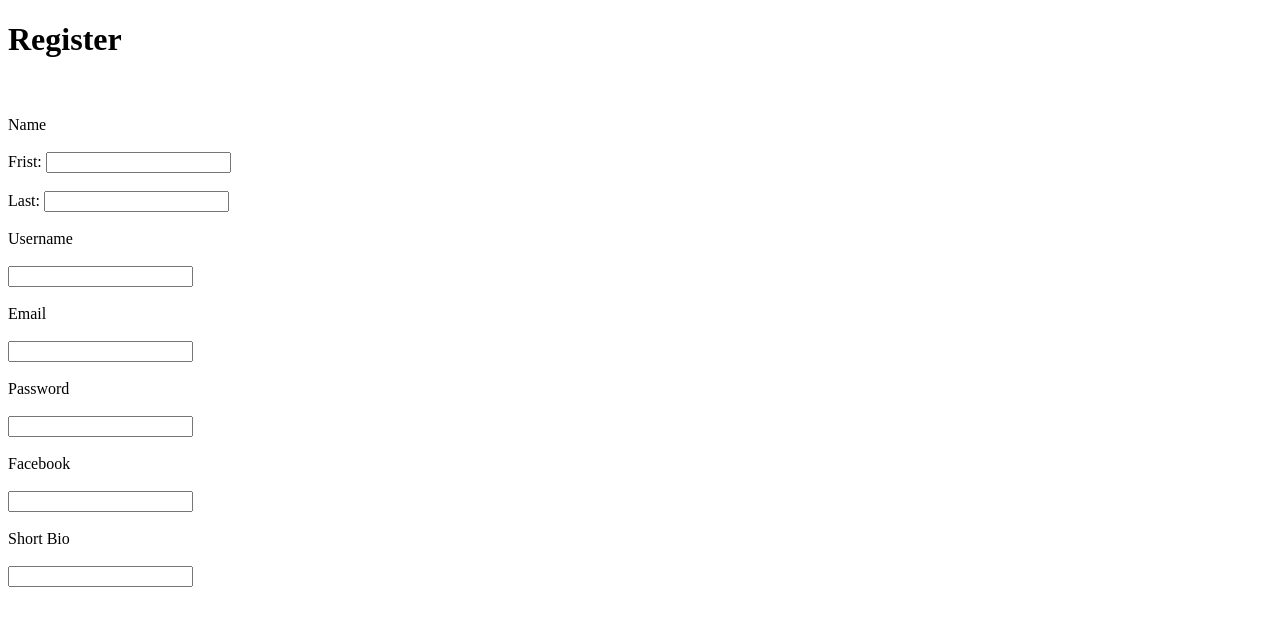
Repository: Knguyen2003/Spring
Page: JavaServlet/Tuan1/PhanNguyenKhoiNguyen_21068021_Tuan1/src/main/webapp/index.html
An editor plug-in stored every save of this project. The page is shown before and after the next save, followed by the edit.
The browser window is 1280 px wide. The pictures show the whole page.

Above is the page before, as saved 2024-08-21 11:43:14.

After the next save:
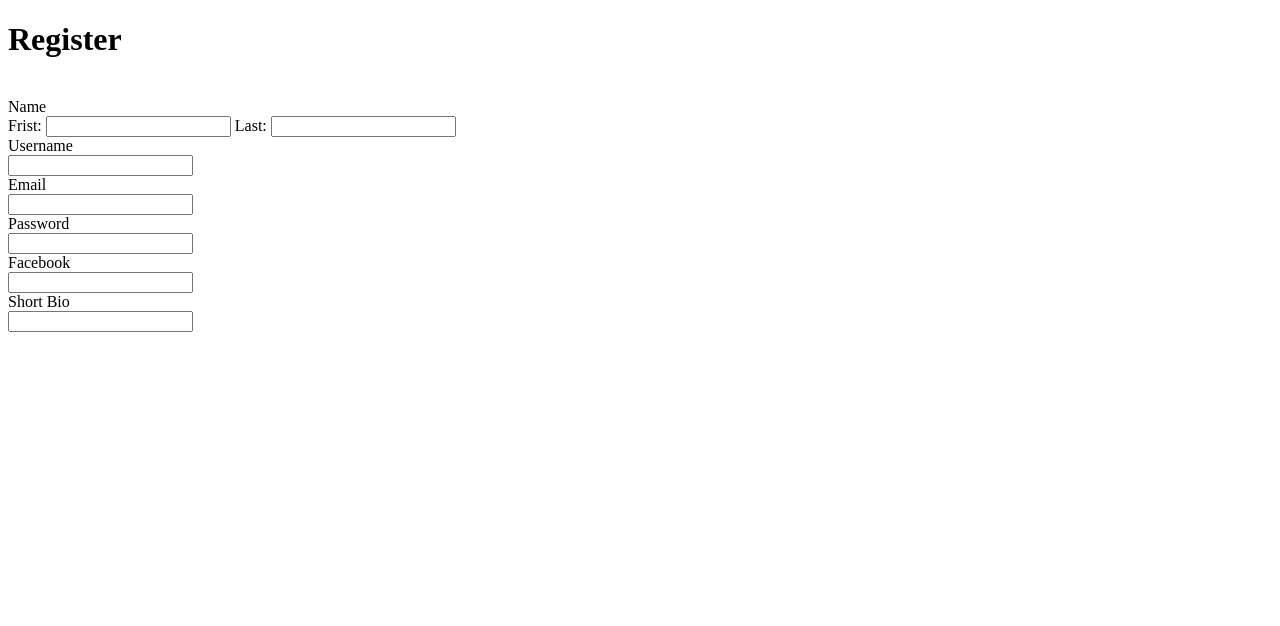
Saved 102 s later.
--- a/JavaServlet/Tuan1/PhanNguyenKhoiNguyen_21068021_Tuan1/src/main/webapp/index.html
+++ b/JavaServlet/Tuan1/PhanNguyenKhoiNguyen_21068021_Tuan1/src/main/webapp/index.html
@@ -7,20 +7,20 @@
 <body>
 
 	<form method="get/post" action="TênServlet" name="registrationForm">
-		<h1>Register</h1> <br><br>
-        <label>Name</label> <br><br>
-         Frist: <input type="text" name="first"> <br><br>
-         Last: <input type="text" name="last"> <br><br>
-        <label>Username</label> <br><br>
-        <input type="text" name="usn"> <br><br>
-        <label>Email</label> <br><br>
-        <input type="text" name="email"> <br><br>
-        <label>Password</label> <br><br>
-        <input type="password" name="pw"> <br><br>
-        <label>Facebook</label> <br><br>
-        <input type="text" name="face"> <br><br>
+		<h1>Register</h1> <br>
+        <label>Name</label> <br>
+         Frist: <input type="text" name="first">
+         Last: <input type="text" name="last"> <br>
+        <label>Username</label> <br>
+        <input type="text" name="usn"> <br>
+        <label>Email</label> <br>
+        <input type="text" name="email"> <br>
+        <label>Password</label> <br>
+        <input type="password" name="pw"> <br>
+        <label>Facebook</label> <br>
+        <input type="text" name="face"> <br>
 
-        <label>Short Bio</label> <br><br>
-        <input type="text" name="short"> <br><br>
+        <label>Short Bio</label> <br>
+        <input type="text" name="short"> <br>
 </body>
 </html>
